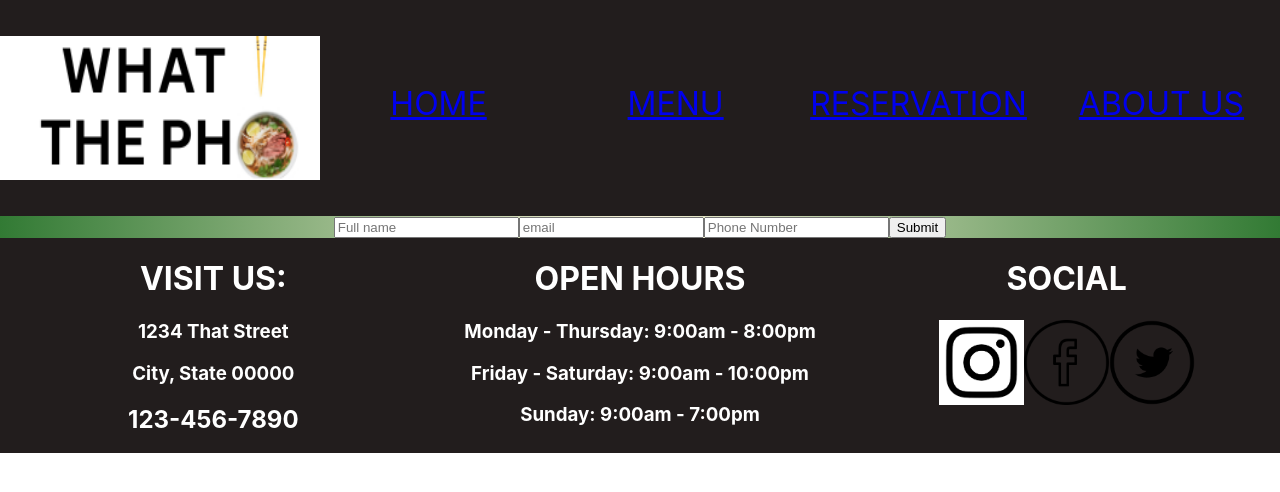
Repository: NguyenkhDang/Restaurant-Website
Page: /reservation
The author's editor kept a copy of each file at every save. The page is drawn from the files as they stood at one save, then again after the next save.
The browser window is 1280 px wide. The pictures show the whole page.
The project was rebuilt for these pictures with package versions that can differ from the ones it lists, and the page was loaded fresh each time. Also part of the build but not shown: src/CSS/Readmore.css, src/Readmore.js, src/CSS/SectionContainer.css, src/SectionContainer.js, src/CSS/Home.css, src/Pages/HomePage.js, src/Pages/MenuPage.js, src/Pages/AboutUsPage.js and 1 more.

Above is the page before, as saved 2026-01-18 00:32:42.

### src/index.js
import React from 'react';
import ReactDOM from 'react-dom/client';
import './index.css';
import App from './App';
import reportWebVitals from './reportWebVitals';
import { BrowserRouter } from "react-router-dom";


const root = ReactDOM.createRoot(document.getElementById("root"));
root.render(
  <BrowserRouter>
    <App />
  </BrowserRouter>
);

// If you want to start measuring performance in your app, pass a function
// to log results (for example: reportWebVitals(console.log))
// or send to an analytics endpoint. Learn more: https://bit.ly/CRA-vitals
reportWebVitals();

### src/App.js

import './App.css';

import NavigationBar from './NavigationBar';
import Footer from "./Footer"
import {Routes, Route} from "react-router-dom"



import HomePage from "./Pages/HomePage"
import MenuPage from "./Pages/MenuPage"
import ReservationPage from "./Pages/ReservationPage"
import AboutUsPage from "./Pages/AboutUsPage"
import ContactUsPage from "./Pages/ContactUsPage"

function App() {


  return (
    <div className="home">
      <NavigationBar />

      <Routes>
        <Route path="/" element={<HomePage />} />
        <Route path="/menu" element={<MenuPage />} />
        <Route path="/reservation" element={<ReservationPage />} />
        <Route path="/aboutUs" element={<AboutUsPage />} />
        <Route path="contactUs" element={<ContactUsPage />} />
      </Routes>

      <Footer />
  </div>
);
}

export default App;

### src/App.css
html{
  -ms-overflow-style: none;
  scrollbar-width: none;
}

.home {
  display: grid;
  margin: 0;
  padding: 0;

  background: radial-gradient(
    circle,
    rgba(245, 240, 213, 1) 0%,
    rgba(38, 115, 42, 1) 100%
  );
  place-items: center;
  text-align: center;
  color: white;
}


html::-webkit-scrollbar {
  display: none;
}

### src/NavigationBar.js
import "./CSS/NavigationBar.css"
import Logo from "./image/CustomLogo2.png"
import { Link } from "react-router-dom"
const NavigationBar = () =>{



  return (
    <div className="navbar">
      <div className="logoImage">
        <img src= {Logo} />
      </div>
      <div className="wholeNavBar">
        <ul>
          <li>
            <Link to="/">HOME</Link>
          </li>
          <li>
            <Link to="/menu">MENU</Link>
          </li>
          <li>
            <Link to="/reservation">RESERVATION</Link>
          </li>
          <li>
            <Link to="/aboutUs">ABOUT US</Link>
          </li>
        </ul>

      </div>
    </div>
  )


}

export default NavigationBar

### src/Footer.js
import "./CSS/Footer.css"
import InstagramIcon from "./image/instagramIcon.png"
import FacebookIcon from "./image/facebookIcon.png"
import TwitterIcon from "./image/twitterIcon.png"
const Footer = () =>{

  return(
    <div className="footer">
      <div>
        <h1>VISIT US:</h1>
        <h3>1234 That Street</h3>
        <h3>City, State 00000</h3>

        <h2>123-456-7890</h2>
      </div>
      <div>
        <h1>OPEN HOURS</h1>
        <h3>Monday - Thursday: 9:00am - 8:00pm</h3>
        <h3>Friday - Saturday: 9:00am - 10:00pm</h3>
        <h3>Sunday: 9:00am - 7:00pm</h3>
      </div>
      <div>
        <h1>SOCIAL</h1>
        <a href="https://www.instagram.com/" target="_blank"><img src={InstagramIcon}/></a>
        <a href="https://www.facebook.com/" target="_blank"><img src={FacebookIcon}/></a>
        <a href="https://x.com/" target="_blank"><img src={TwitterIcon}/></a>
      </div>

    </div>
  )

}

export default Footer

### src/Pages/ReservationPage.js
import ReservationForm from "../ReservationForm"


const ReservationPage = () =>{
  return(
    <>
      <ReservationForm />
    </>
  )
}

export default ReservationPage

### src/CSS/NavigationBar.css
.navbar{
  background-color: rgb(34, 29, 29);
  display: grid;
  grid-template-columns: 25% 75%;
  width: 100vw;
  height: 25vh;
  padding-top: 5vh;
}
.wholeMavBar{
  float: right;
  height: 10vh;
}

.logoImage img{
  height: 20vh;
  width: 25vw;
  object-fit: fill;
  object-position: center;
}

ul{
  align-items: center;
  list-style-type: none;
  display: grid;
  place-items: center;
  grid-template-columns: 1fr 1fr 1fr 1fr;
  margin-top: 5%;
  padding: 0;
}
li a{
  font-size: 2em;
  text-align: center;
  padding: 14px 16px;
}

li a:hover{
  background-color: #c5b1b1;
}

### src/CSS/Footer.css
.footer{
  background-color: rgb(34, 29, 29);
  display: grid;
  grid-template-columns: repeat(3, 1fr);
  width: 100vw;
}

.footer img{
  width: 20%;
}

### src/ReservationForm.js
import { useRef, useState } from "react"

const ReservationForm = () =>{

  const [phoneNumberLength, setPhoneNumberLength] = useState("")
  const formRef= useRef(null)


  const PhoneNumber = (e) =>{
    setPhoneNumberLength(e.target.value)

  }


  const handleSubmit = (e)=>{

    e.preventDefault();
    const url = "https://script.google.com/macros/s/AKfycbx0FabLb-KOBm8n_JP2SJcp21AE1aox7vxr3D2p_FfrtZs8dIHl3N9UMOriMfEaySY/exec"

    fetch(url,{
      method:"POST",
      body: new FormData(formRef.current)
    } ).then(() => {
      alert("Reservation Submitted ");
    }).catch((error) => console.log(error))
  };

  return (
    <form className="form" ref = {formRef} onSubmit={handleSubmit}>
      <input
        type="text"
        name="Name"
        placeholder="Full name"
        required
      />

      <input
        type="email"
        name="Email"
        placeholder="email"
        required
      />

      <input
        type="text"
        name="Phone"
        value={phoneNumberLength}
        onChange={PhoneNumber}
        placeholder="Phone Number"/>
      <button>Submit</button>
      {phoneNumberLength}
    </form>

  )
}

export default ReservationForm

Loaded but not shown: public/index.html (common file); src/index.css (common file); src/reportWebVitals.js (common file)

After the next save:
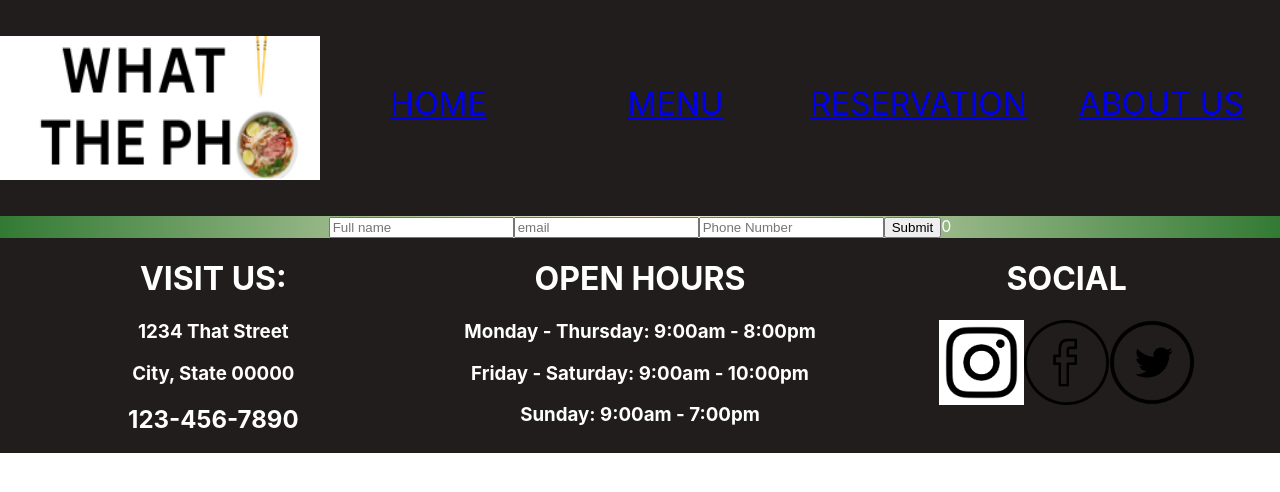
Saved 60 s later.
--- a/src/ReservationForm.js
+++ b/src/ReservationForm.js
@@ -48,7 +48,7 @@ const ReservationForm = () =>{
         onChange={PhoneNumber}
         placeholder="Phone Number"/>
       <button>Submit</button>
-      {phoneNumberLength}
+      {phoneNumberLength}{phoneNumberLength.length}
     </form>
 
   )
